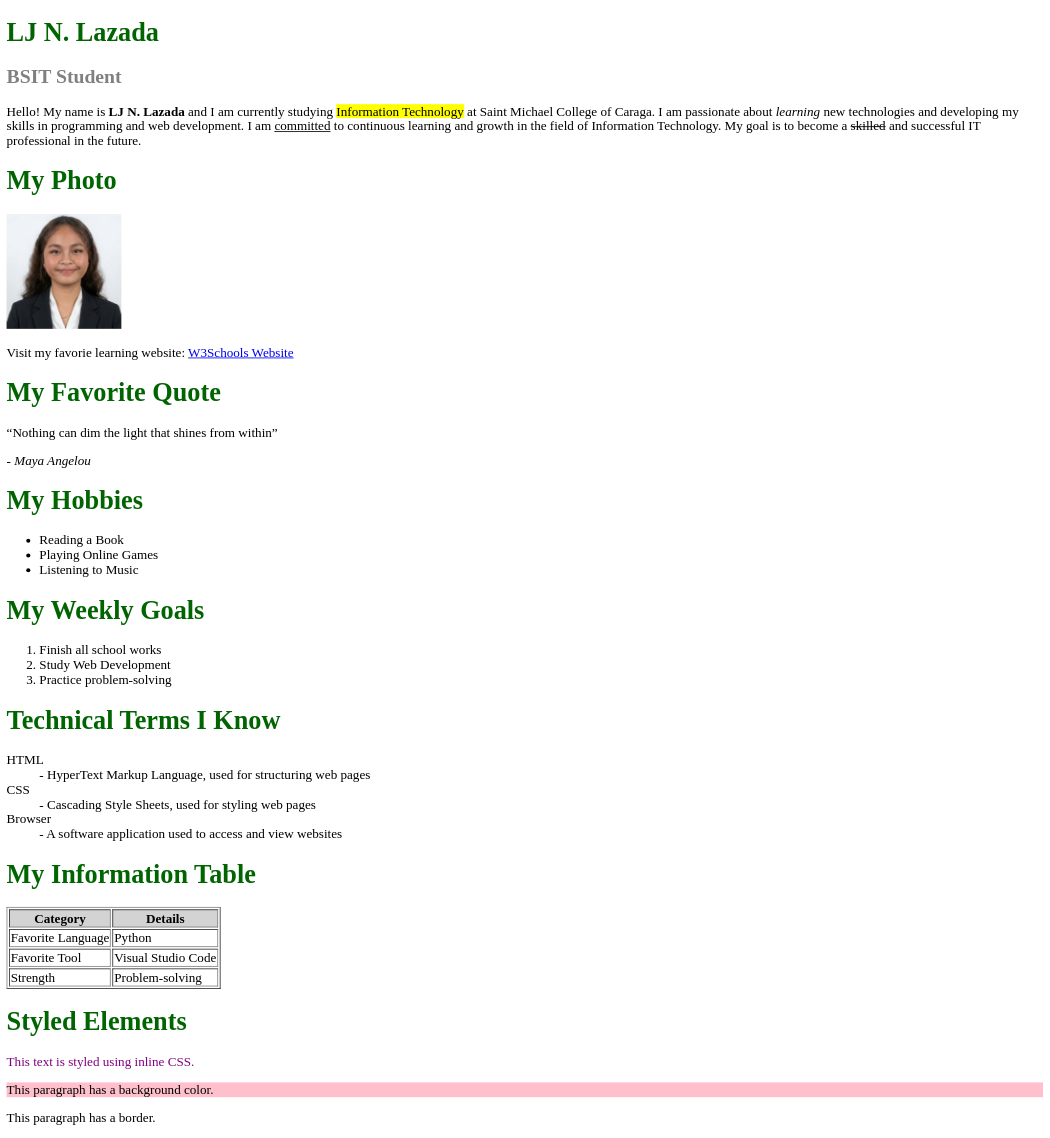
Repository: ljlazada11/myfirsthtml
Page: index.html
The author's editor kept a copy of each file at every save. The page is drawn from the files as they stood at one save, then again after the next save.
The browser window is 1280 px wide. The pictures show the whole page, at 82% of full size.

Above is the page before, as saved 2026-06-24 21:08:04.

### index.html
<!DOCTYPE html>
<html lang="en">
<head>
    <meta charset="UTF-8">
    <meta name="viewport" content="width=device-width, initial-scale=1.0">
    <title>My Personal Web Profile</title>
    <link rel="icon" type="image/x-icon" href="images.png">

</head>
<body>
    <h1 style="color:darkgreen;">LJ N. Lazada</h1>
    <h2 style="color:gray;">BSIT Student</h2>
    <p>Hello! My name is <strong>LJ N. Lazada</strong> and I am currently studying <mark>Information Technology</mark> at Saint Michael College of Caraga. I am passionate about <i>learning</i> new technologies and developing my skills in programming and web development. I am <ins>committed</ins> to continuous learning and growth in the field of Information Technology. My goal is to become a <del>skilled</del> and successful IT professional in the future.</p>
</body>
    <h1 style="color:darkgreen;">My Photo</h1>
    <img src="pic.jpg" alt="My	Profile	Picture" width="140" height="140">
    <p> Visit my favorie learning website: <a href="https://www.w3schools.com/html/default.asp" target="_blank">W3Schools	Website</a></p>

<body>
    <h1 style="color:darkgreen;">My Favorite Quote</h1>
    <p><q>Nothing can dim the light that shines from within</q></p>
    <p><cite>- Maya Angelou</cite></p>
</body>
    <h1 style="color:darkgreen">My Hobbies</h1>
    <ul>
        <li>Reading a Book</li>
        <li>Playing Online Games</li>
        <li>Listening to Music</li>
    </ul>
</body>
    <h1 style="color:darkgreen">My Weekly Goals</h1>
    <ol>
        <li>Finish all school works</li>
        <li>Study Web Development</li>
        <li>Practice problem-solving</li>
    </ol>
<body>
    <h1 style="color:darkgreen">Technical Terms I Know</h1>
    <dl>
        <dt>HTML</dt>
        <dd>- HyperText Markup Language, used for structuring web pages</dd>
        <dt>CSS</dt>
        <dd>- Cascading Style Sheets, used for styling web pages</dd>
        <dt>Browser</dt>
        <dd>- A software application used to access and view websites</dd>
    </dl>
</body>
    <h1 style="color:darkgreen">My Information Table</h1>
<table border="1">
    <tr>
        <th style="background-color:lightgray;">Category</th>
        <th style="background-color:lightgray;">Details</th>
    </tr>
    <tr>
        <td>Favorite Language</td>
        <td>Python</td>
    </tr>
    <tr>
        <td>Favorite Tool</td>
        <td>Visual Studio Code</td>
    </tr>
    <tr>
        <td>Strength</td>
        <td>Problem-solving</td>
    </tr>
</table>
<body>
    <h1 style="color:darkgreen">Styled Elements</h1>
    <p style="color:purple;">This text is styled using inline CSS.</p>
    <p style="background-color:pink;">This paragraph has a background color.</p>
    <p border: 2px solid powderblue;>This paragraph has a border.</p>
</body>


</html>

After the next save:
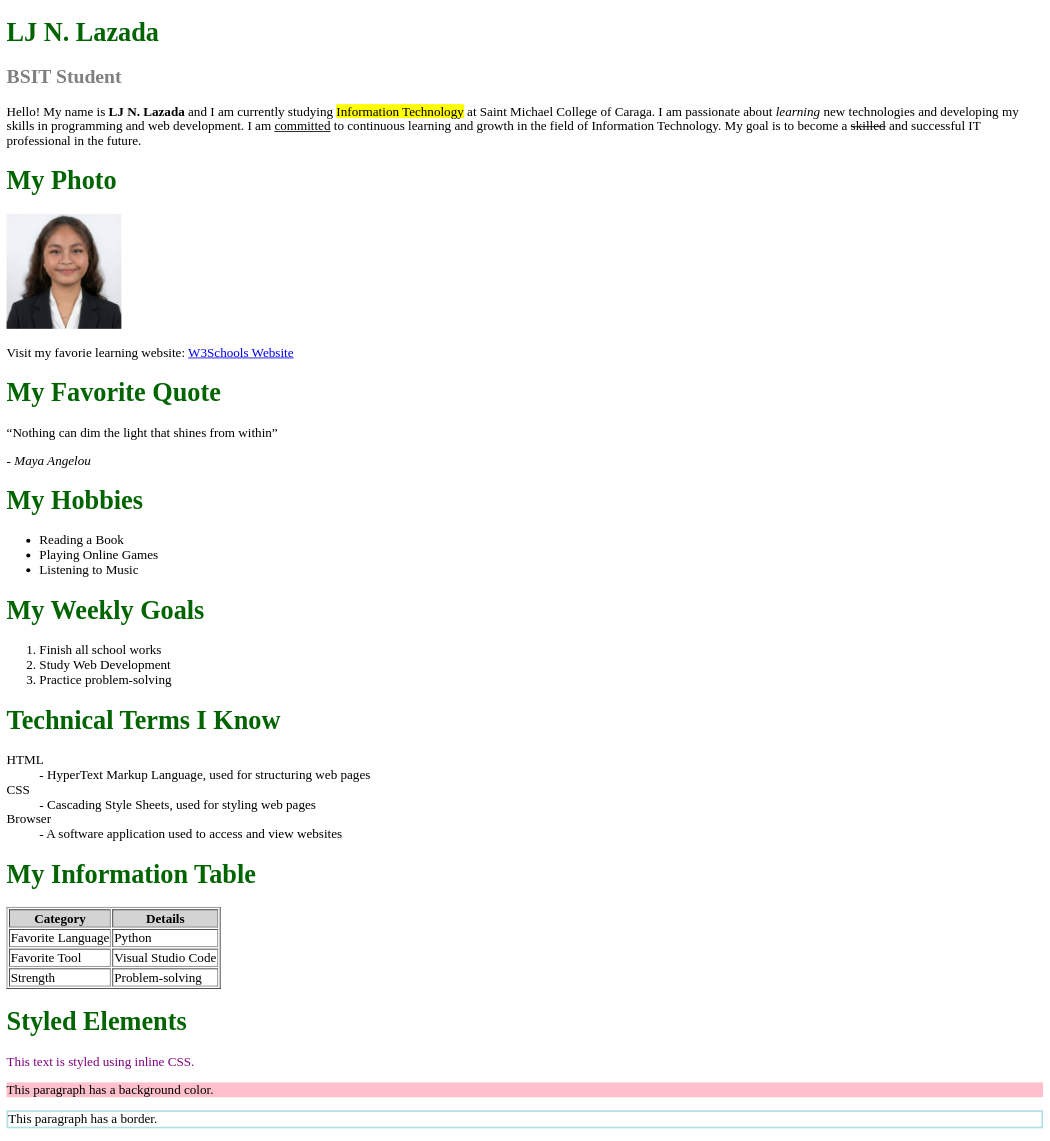
Saved 10 s later.
--- a/index.html
+++ b/index.html
@@ -68,7 +68,7 @@
     <h1 style="color:darkgreen">Styled Elements</h1>
     <p style="color:purple;">This text is styled using inline CSS.</p>
     <p style="background-color:pink;">This paragraph has a background color.</p>
-    <p border: 2px solid powderblue;>This paragraph has a border.</p>
+    <p style="border: 2px solid powderblue;">This paragraph has a border.</p>
 </body>
 
 
